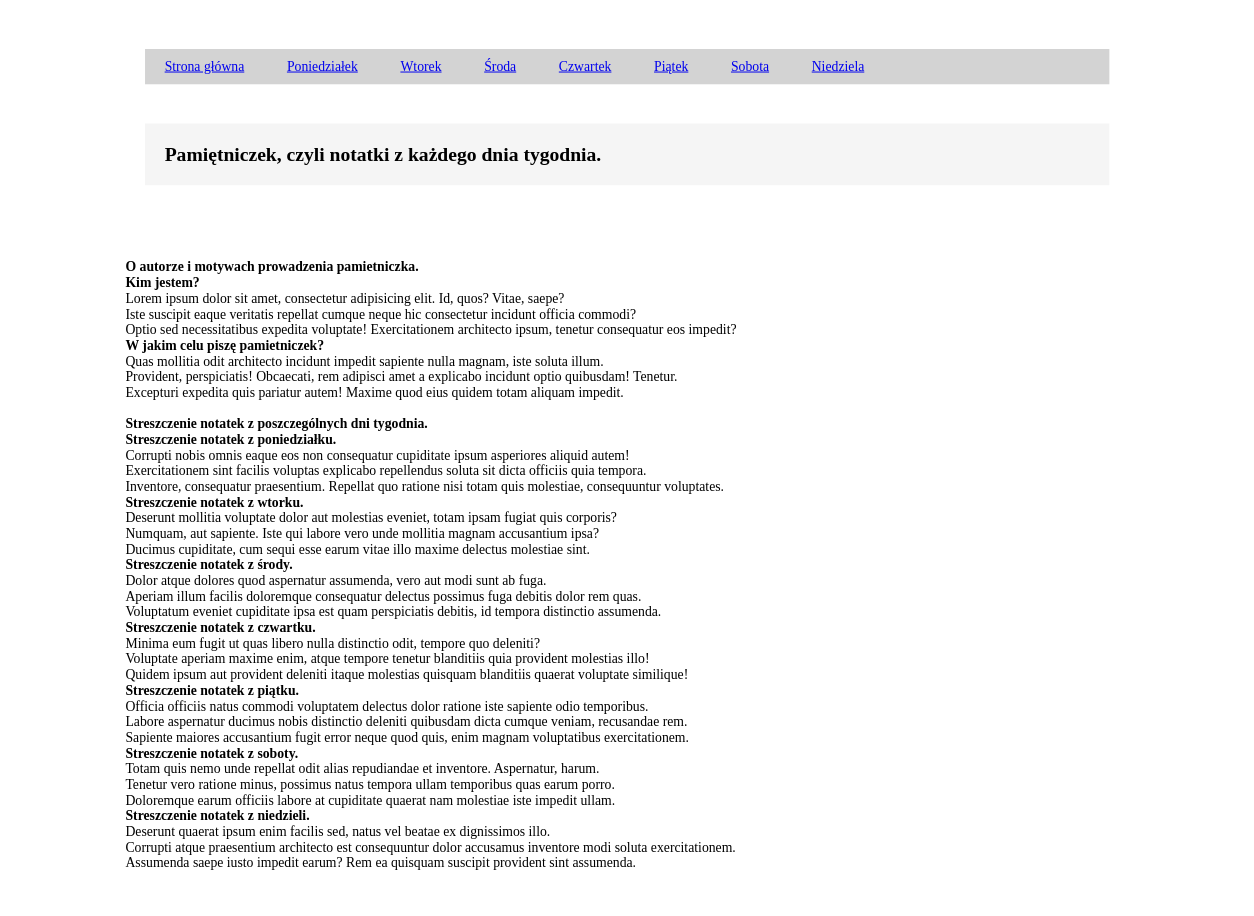
Repository: ArturNatwora/hompage
Page: index.html
These files come from the project's save history. The page is drawn as it stood at one moment and after the next save; the edit follows.
The browser window is 1280 px wide. The pictures show the whole page, at 98% of full size.

Above is the page before, as saved 2019-06-11 18:27:48.

### index.html
<!DOCTYPE html>
<html lang="pl">

<head>
    <meta charset="UTF-8">
    <meta name="viewport" content="width=device-width, initial-scale=1.0">
    <meta http-equiv="X-UA-Compatible" content="ie=edge">
    <link rel="stylesheet" href="index.css">
    <title>Strona domowa w ramach kursu WTf CO TEN FRONTEND.</title>
</head>

<body>
    <header class="bodyHeader">
        <nav class="bodyHeader__nav">
            <ul class="bodyHeader__navListLink" >
                <li class="bodyHeader__navItemLink"><a class="bodyHeader__navLink" href="index.html">Strona główna</a></li>
                <li class="bodyHeader__navItemLink"><a class="bodyHeader__navLink" href="./days/1.html">Poniedziałek</a></li>
                <li class="bodyHeader__navItemLink"><a class="bodyHeader__navLink" href="./days/2.html">Wtorek</a></li>
                <li class="bodyHeader__navItemLink"><a class="bodyHeader__navLink" href="./days/3.html">Środa</a></li>
                <li class="bodyHeader__navItemLink"><a class="bodyHeader__navLink" href="./days/4.html">Czwartek</a></li>
                <li class="bodyHeader__navItemLink"><a class="bodyHeader__navLink" href="./days/5.html">Piątek</a></li>
                <li class="bodyHeader__navItemLink"><a class="bodyHeader__navLink" href="./days/6.html">Sobota</a></li>
                <li class="bodyHeader__navItemLink"><a class="bodyHeader__navLink" href="./days/7.html">Niedziela</a></li>
            </ul>
        </nav>
        <h1 class="bodyHeader__title">Pamiętniczek, czyli notatki z każdego dnia tygodnia.</h1>
    </header>
    <main class="main">
        <secion class="section">
            <h2 class="section__title">O autorze i motywach prowadzenia pamietniczka.</h2>
            <article class="article">
                <h3 class="article__title">Kim jestem?</h3>
                <p>Lorem ipsum dolor sit amet, consectetur adipisicing elit. Id, quos? Vitae, saepe?</p>
                <p>Iste suscipit eaque veritatis repellat cumque neque hic consectetur incidunt officia commodi?</p>
                <p>Optio sed necessitatibus expedita voluptate! Exercitationem architecto ipsum, tenetur consequatur eos
                    impedit?</p>
            </article>
            <article class="article">

                <h3 class="article__title">W jakim celu piszę pamietniczek?</h3>
                <p>Quas mollitia odit architecto incidunt impedit sapiente nulla magnam, iste soluta illum.</p>
                <p>Provident, perspiciatis! Obcaecati, rem adipisci amet a explicabo incidunt optio quibusdam! Tenetur.
                </p>
                <p>Excepturi expedita quis pariatur autem! Maxime quod eius quidem totam aliquam impedit.</p>
            </article>
        </secion>

        <secion class="section">
                <h2 class="section__title">Streszczenie notatek z poszczególnych dni tygodnia.</h2>
                <article class="article">
                    <h3 class="article__title">Streszczenie notatek z poniedziałku.</h3>
                    <p>Corrupti nobis omnis eaque eos non consequatur cupiditate ipsum asperiores aliquid autem!</p>
                    <p>Exercitationem sint facilis voluptas explicabo repellendus soluta sit dicta officiis quia
                        tempora.</p>
                    <p>Inventore, consequatur praesentium. Repellat quo ratione nisi totam quis molestiae, consequuntur
                        voluptates.</p>
                </article>
                <article class="article">
                    <h3 class="article__title">Streszczenie notatek z wtorku.</h3>
                    <p>Deserunt mollitia voluptate dolor aut molestias eveniet, totam ipsam fugiat quis corporis?</p>
                    <p>Numquam, aut sapiente. Iste qui labore vero unde mollitia magnam accusantium ipsa?</p>
                    <p>Ducimus cupiditate, cum sequi esse earum vitae illo maxime delectus molestiae sint.</p>
                </article>
                <article class="article">
                    <h3 class="article__title">Streszczenie notatek z środy.</h3>
                    <p>Dolor atque dolores quod aspernatur assumenda, vero aut modi sunt ab fuga.</p>
                    <p>Aperiam illum facilis doloremque consequatur delectus possimus fuga debitis dolor rem quas.</p>
                    <p>Voluptatum eveniet cupiditate ipsa est quam perspiciatis debitis, id tempora distinctio
                        assumenda.</p>
                </article>
                <article class="article">
                    <h3 class="article__title">Streszczenie notatek z czwartku.</h3>
                    <p>Minima eum fugit ut quas libero nulla distinctio odit, tempore quo deleniti?</p>
                    <p>Voluptate aperiam maxime enim, atque tempore tenetur blanditiis quia provident molestias illo!
                    </p>
                    <p>Quidem ipsum aut provident deleniti itaque molestias quisquam blanditiis quaerat voluptate
                        similique!</p>
                </article>
                <article class="article">
                    <h3 class="article__title">Streszczenie notatek z piątku.</h3>
                    <p>Officia officiis natus commodi voluptatem delectus dolor ratione iste sapiente odio temporibus.
                    </p>
                    <p>Labore aspernatur ducimus nobis distinctio deleniti quibusdam dicta cumque veniam, recusandae
                        rem.</p>
                    <p>Sapiente maiores accusantium fugit error neque quod quis, enim magnam voluptatibus
                        exercitationem.</p>
                </article>
                <article class="article">
                    <h3 class="article__title">Streszczenie notatek z soboty.</h3>
                    <p>Totam quis nemo unde repellat odit alias repudiandae et inventore. Aspernatur, harum.</p>
                    <p>Tenetur vero ratione minus, possimus natus tempora ullam temporibus quas earum porro.</p>
                    <p>Doloremque earum officiis labore at cupiditate quaerat nam molestiae iste impedit ullam.</p>
                </article>
                <article class="article">
                    <h3 class="article__title">Streszczenie notatek z niedzieli.</h3>
                    <p>Deserunt quaerat ipsum enim facilis sed, natus vel beatae ex dignissimos illo.</p>
                    <p>Corrupti atque praesentium architecto est consequuntur dolor accusamus inventore modi soluta
                        exercitationem.</p>
                    <p>Assumenda saepe iusto impedit earum? Rem ea quisquam suscipit provident sint assumenda.</p>
                </article>
            </secion>


    </main>
    <script src="index.js"></script>
</body>

</html>

### index.css

*{
    margin: 0;
    padding: 0;
    box-sizing: border-box;
    font-size: 14px;
}


body{
    width: 80%;
    margin: 30px auto;
}

.bodyHeader {
    width: 100%;
    padding: 20px;
    display: block;
    position: relative;


}
.bodyHeader__nav{
    background: lightgrey;
    width: 100%;
    height: auto;

    display: block;
}
.bodyHeader__navListLink {
    width: 100%;
    list-style: none;
    display: block;
}
.bodyHeader__navItemLink{
    display: inline-block;
    margin: 10px 20px;
}

.bodyHeader__title{
    font-size: 20px;
    display: block;
    margin:40px 0;
    padding: 20px;
    background: whitesmoke;
}
.section{
    padding: 20px;
    border-radius: 2px solid;
}

Loaded but not shown: index.js (no copy from this time; the picture is the same without it)

After the next save:
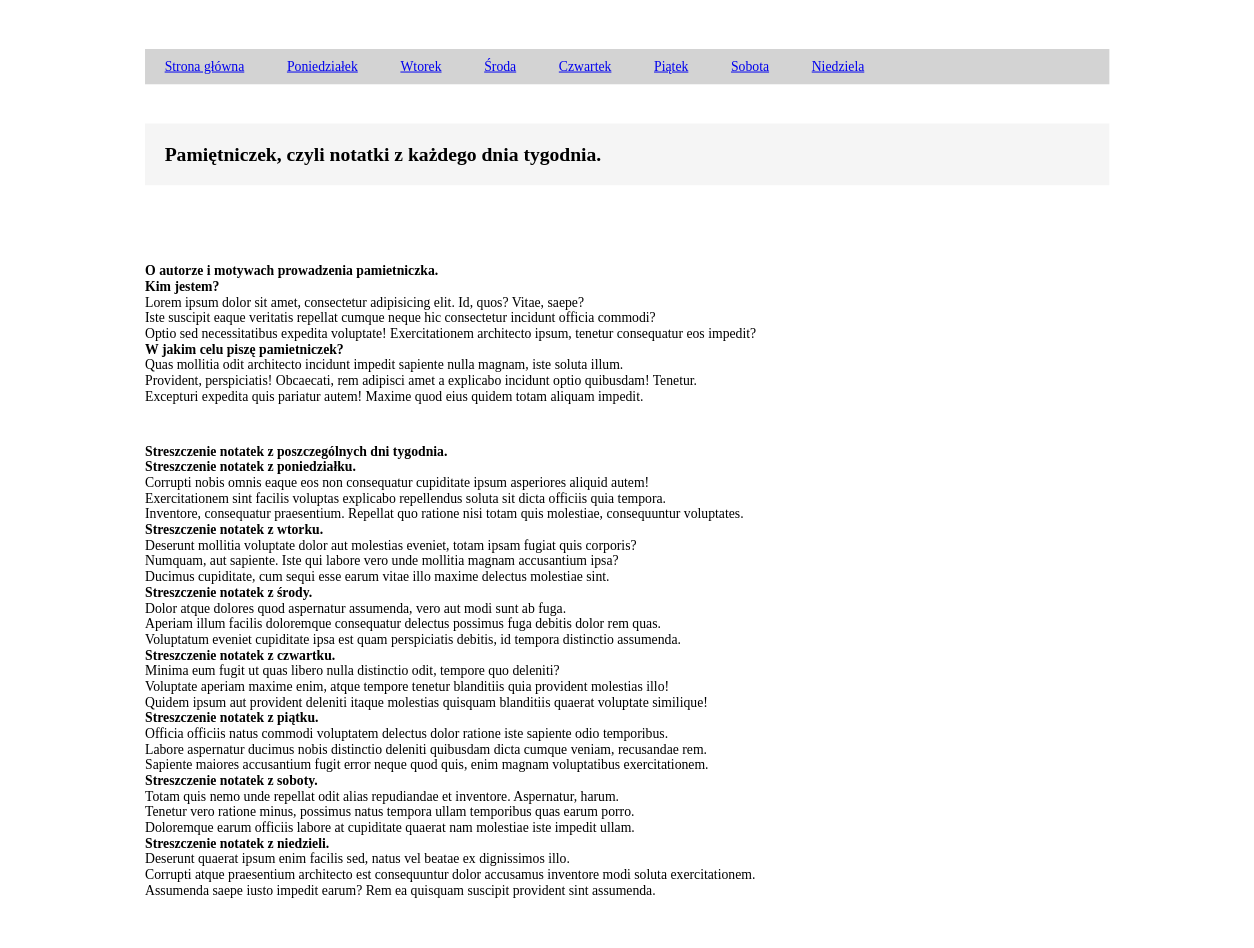
Saved 61 s later.
--- a/index.html
+++ b/index.html
@@ -26,7 +26,7 @@
         <h1 class="bodyHeader__title">Pamiętniczek, czyli notatki z każdego dnia tygodnia.</h1>
     </header>
     <main class="main">
-        <secion class="section">
+        <section class="section">
             <h2 class="section__title">O autorze i motywach prowadzenia pamietniczka.</h2>
             <article class="article">
                 <h3 class="article__title">Kim jestem?</h3>
@@ -43,9 +43,10 @@
                 </p>
                 <p>Excepturi expedita quis pariatur autem! Maxime quod eius quidem totam aliquam impedit.</p>
             </article>
-        </secion>
 
-        <secion class="section">
+        </section>
+
+        <section class="section">
                 <h2 class="section__title">Streszczenie notatek z poszczególnych dni tygodnia.</h2>
                 <article class="article">
                     <h3 class="article__title">Streszczenie notatek z poniedziałku.</h3>
@@ -98,7 +99,7 @@
                         exercitationem.</p>
                     <p>Assumenda saepe iusto impedit earum? Rem ea quisquam suscipit provident sint assumenda.</p>
                 </article>
-            </secion>
+            </section>
 
 
     </main>
